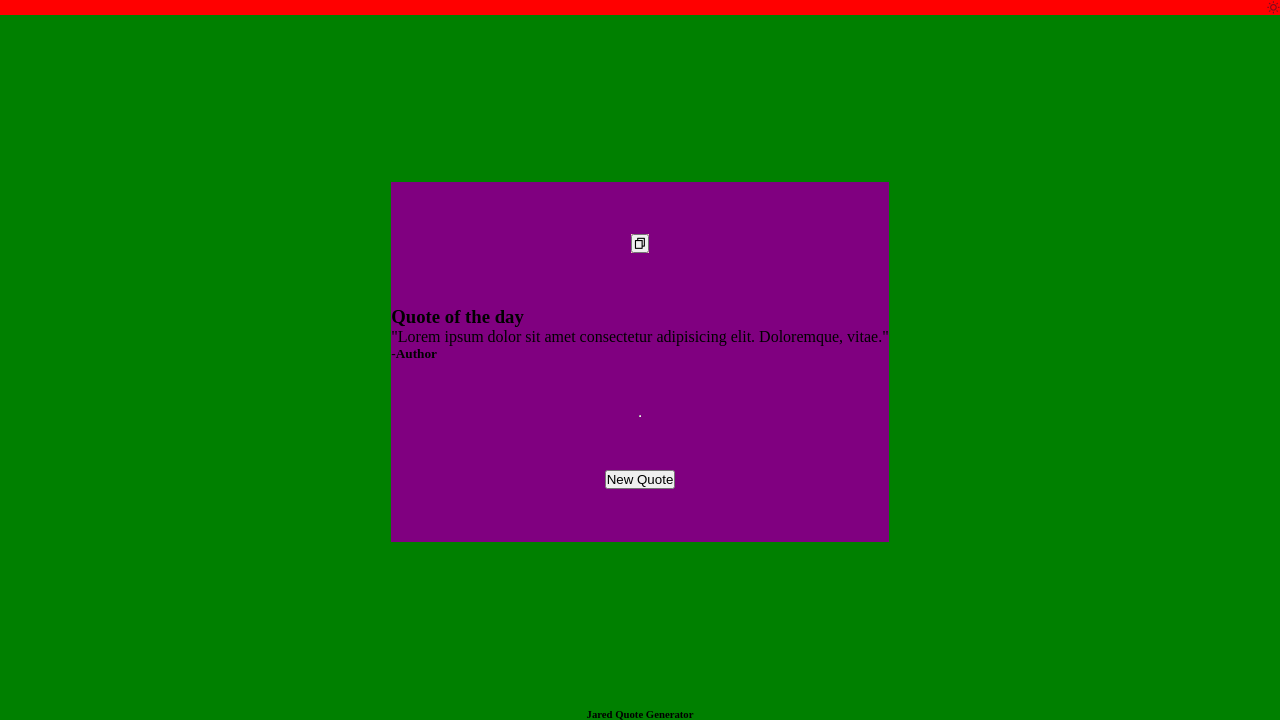
Repository: EguJaredoBoyd/Jared-Quote-Generator
Page: html/main.html
The author's editor kept a copy of each file at every save. The page is drawn from the files as they stood at one save, then again after the next save.
The browser window is 1280 px wide. The pictures show the whole page.
Some web libraries are served in a nearby version.

Above is the page before, as saved 2026-01-09 00:47:34.

### html/main.html
<!DOCTYPE html>
<html lang="en">
  <head>
    <meta charset="UTF-8" />
    <meta name="viewport" content="width=device-width, initial-scale=1.0" />
    <link rel="stylesheet" href="../css/style.css" />
    <script src="../js/main.js" defer></script>
    <link
      href="https://cdn.jsdelivr.net/npm/remixicon@4.8.0/fonts/remixicon.css"
      rel="stylesheet"
    />
    <title>Document</title>
  </head>
  <body>
    <div class="container">
      <header>
        <button><i class="ri-sun-line"></i></button>
      </header>
      <main>
        <div class="quote-container">
          <div class="quote-container__copy">
            <button><i class="ri-file-copy-line"></i></button>
          </div>
          <div>
            <h3>Quote of the day</h3>
            <p>
              "Lorem ipsum dolor sit amet consectetur adipisicing elit.
              Doloremque, vitae."
            </p>
            <div>
              <h5>-Author</h5>
            </div>
          </div>
          <hr />
          <div>
            <button>New Quote</button>
          </div>
        </div>
      </main>
      <footer>
        <div>
          <h6>Jared Quote Generator</h6>
        </div>
      </footer>
    </div>
  </body>
</html>

### css/style.css
* {
  margin: 0;
  padding: 0;
  box-sizing: border-box;
}

:root {
  --background-color: #7b0d1e;
  --card-color: #f8e5ee;
  --text-color: black;
  --button-color: var(--background-color);
}

html {
  font-size: 16px;
}

.lighter-theme {
  --background-color: var(--card-color);
  --card-color: var(--background-color);
  --text-color: var(--text-color);
  --button-color: var(--button-color);
}

.container {
  background-color: green;
  height: 100vh;
  display: flex;
  flex-direction: column;
  justify-content: space-between;
  align-items: center;
}

header {
  display: flex;
  justify-content: flex-end;
  background-color: red;
  width: 100%;
}

header button {
  border: none;
  background: none;
  color: var(--button-color);
}

.quote-container {
  background-color: purple;
  display: flex;
  flex-direction: column;
  justify-content: space-evenly;
  align-items: center;
  height: 50vh;
  width: auto;
}

.quote-container__copy {
  display: flex;
  justify-content: start;
  background-color: pink;
}

Loaded but not shown: js/main.js (no copy from this time; the picture is the same without it)

After the next save:
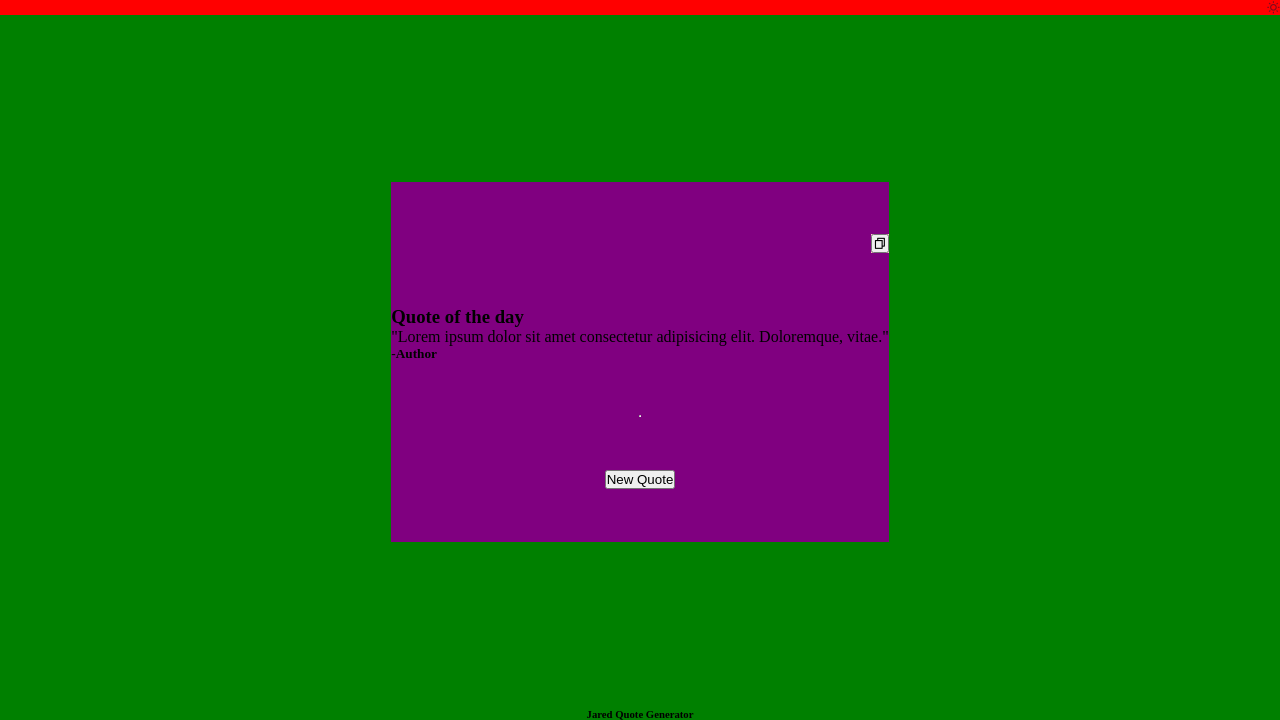
Saved 41 s later.
--- a/css/style.css
+++ b/css/style.css
@@ -55,7 +55,6 @@ header button {
 }
 
 .quote-container__copy {
-  display: flex;
-  justify-content: start;
+  align-self: self-end;
   background-color: pink;
 }
